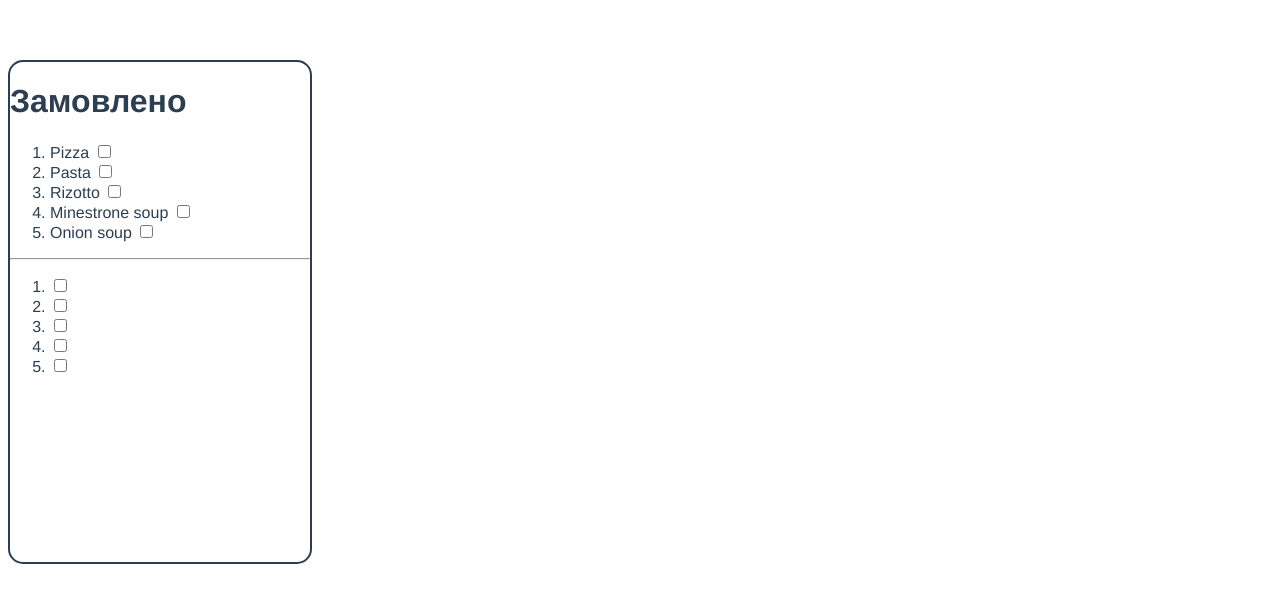
Repository: Salexandraa/HOME_Subotina
Page: / (app in order-list/)
These files come from the project's save history. The page is drawn as it stood at one moment and after the next save; the edit follows.
The browser window is 1280 px wide. The pictures show the whole page.
The project was rebuilt for these pictures with package versions that can differ from the ones it lists, and the page was loaded fresh each time.

Above is the page before, as saved 2020-10-09 15:26:21.

### order-list/src/App.vue
<template>
  <div id="app">
  <reserved :listDishes= "dishesList"
  title='Замовлено'

  />
  </div>
</template>

<script>
import Reserved from "./components/CheckList/Reserved";
import dishesList from "../settings"
export default {
  name: "App",
  components: {
    Reserved,
  },
  data() {
    return {
      dishesList
      // dishesList: [
      //   {
      //     id: 1,
      //     name: "Pizza",
      //   },
      //    {
      //     id: 2,
      //     name: "Pasta",
      //   },
      //    {
      //     id:3,
      //     name: "Rizzoto",
      //   },
      //    {
      //     id: 4,
      //     name: "Minestrone soup",
      //   },
      //    {
      //     id:5,
      //     name: "Onion soup",
      //   },
      // ],
    };
  },
};
</script>

<style>
#app {
  font-family: Avenir, Helvetica, Arial, sans-serif;
  -webkit-font-smoothing: antialiased;
  -moz-osx-font-smoothing: grayscale;
  /* text-align: center; */
  color: #2c3e50;
  margin-top: 60px;
}
</style>

### order-list/src/components/CheckList/Reserved/index.vue
<template>
    <div class="container">
<div>
    <h1>{{title}}</h1>
</div>
 <div><ol   >
        <li v-for="item in listDishes" :key="item.name"  >
          {{item.name}}  <input type="checkbox"  v-model="chekedNames"  >
        </li>

    </ol>

    <!-- <select v-model="chekedNames">
  <option v-for="item in listDishes" v-bind:name="item.name" :key="item.name">
    {{ item.name }}
  </option>
</select> -->

</div>
<hr>
<div>
    <!-- <span>Выбрано: {{ checkedNames }}</span> -->
      <ol>
        <li v-for="item in listDishes" :key="item.name" >
           {{checkedNames}} <input type="checkbox" >
        </li>

    </ol>

</div>
    </div>
</template>

<script>
    export default {
        name: "Reserved",
        props: {
             listDishes: {
                type: Array,
                default: ()=>[]
            },
            title: {
                type: String,
                default: '',

            },


            data() {
                return {
                    chekedNames: '',

                }
                },
                // methods: {
                //     addDish() {
                //         if(this.chekedNames === true)


                //     }
                // },
  },
    }
</script>

<style lang="css" scoped>
.container{
    width: 300px;
    height: 500px;
    border: 2px solid;
    border-radius: 15px;
}
</style>

### order-list/settings.js
export default [
    {
      id: 1,
      name: "Pizza",
    },
     {
      id: 2,
      name: "Pasta",
    },
     {
      id:3,
      name: "Rizotto",
    },
     {
      id: 4,
      name: "Minestrone soup",
    },
     {
      id:5,
      name: "Onion soup",
    },
  ]

Loaded but not shown: order-list/public/index.html (common file); order-list/src/main.js (common file)

After the next save:
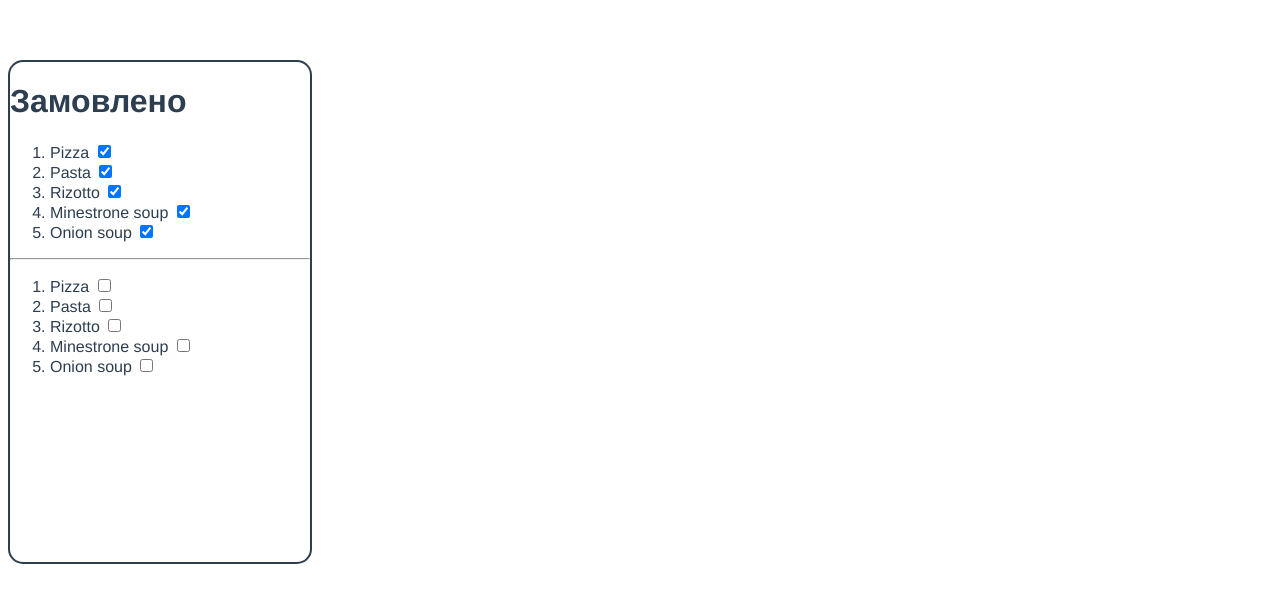
Saved 2 min 8 s later.
--- a/order-list/src/components/CheckList/Reserved/index.vue
+++ b/order-list/src/components/CheckList/Reserved/index.vue
@@ -5,7 +5,7 @@
 </div>
  <div><ol   >
         <li v-for="item in listDishes" :key="item.name"  >
-          {{item.name}}  <input type="checkbox"  v-model="chekedNames"  >
+          {{item.name}}  <input type="checkbox"  v-model="item.name"  >
         </li>
 
     </ol>
@@ -22,7 +22,7 @@
     <!-- <span>Выбрано: {{ checkedNames }}</span> -->
       <ol>
         <li v-for="item in listDishes" :key="item.name" >
-           {{checkedNames}} <input type="checkbox" >
+           {{item.name}} <input type="checkbox" >
         </li>
 
     </ol>

After the 2 saves that followed:
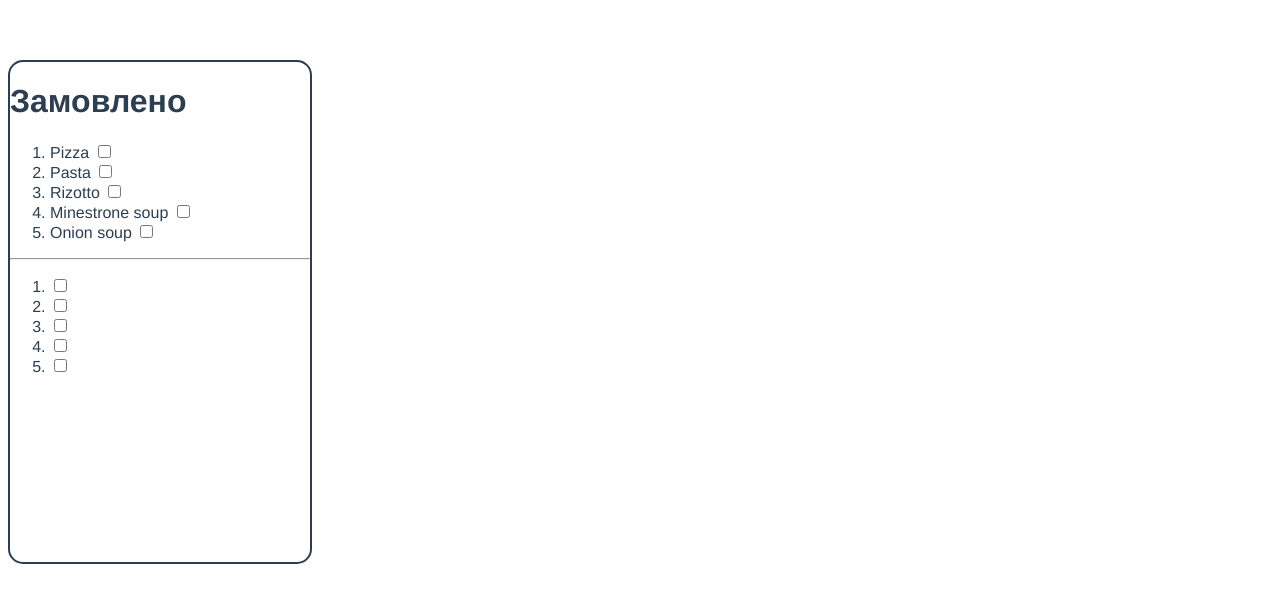
The 2 saves are shown as one change because 1 left the picture as it was.
The last was saved 2 min 10 s later.
--- a/order-list/src/components/CheckList/Reserved/index.vue
+++ b/order-list/src/components/CheckList/Reserved/index.vue
@@ -3,9 +3,9 @@
 <div>
     <h1>{{title}}</h1>
 </div>
- <div><ol   >
+ <div><ol >
         <li v-for="item in listDishes" :key="item.name"  >
-          {{item.name}}  <input type="checkbox"  v-model="item.name"  >
+          {{item.name}}  <input type="checkbox"  v-model="item.y"  >
         </li>
 
     </ol>
@@ -22,7 +22,7 @@
     <!-- <span>Выбрано: {{ checkedNames }}</span> -->
       <ol>
         <li v-for="item in listDishes" :key="item.name" >
-           {{item.name}} <input type="checkbox" >
+           {{item.y}} <input type="checkbox" >
         </li>
 
     </ol>
@@ -46,12 +46,7 @@
             },
 
 
-            data() {
-                return {
-                    chekedNames: '',
 
-                }
-                },
                 // methods: {
                 //     addDish() {
                 //         if(this.chekedNames === true)
